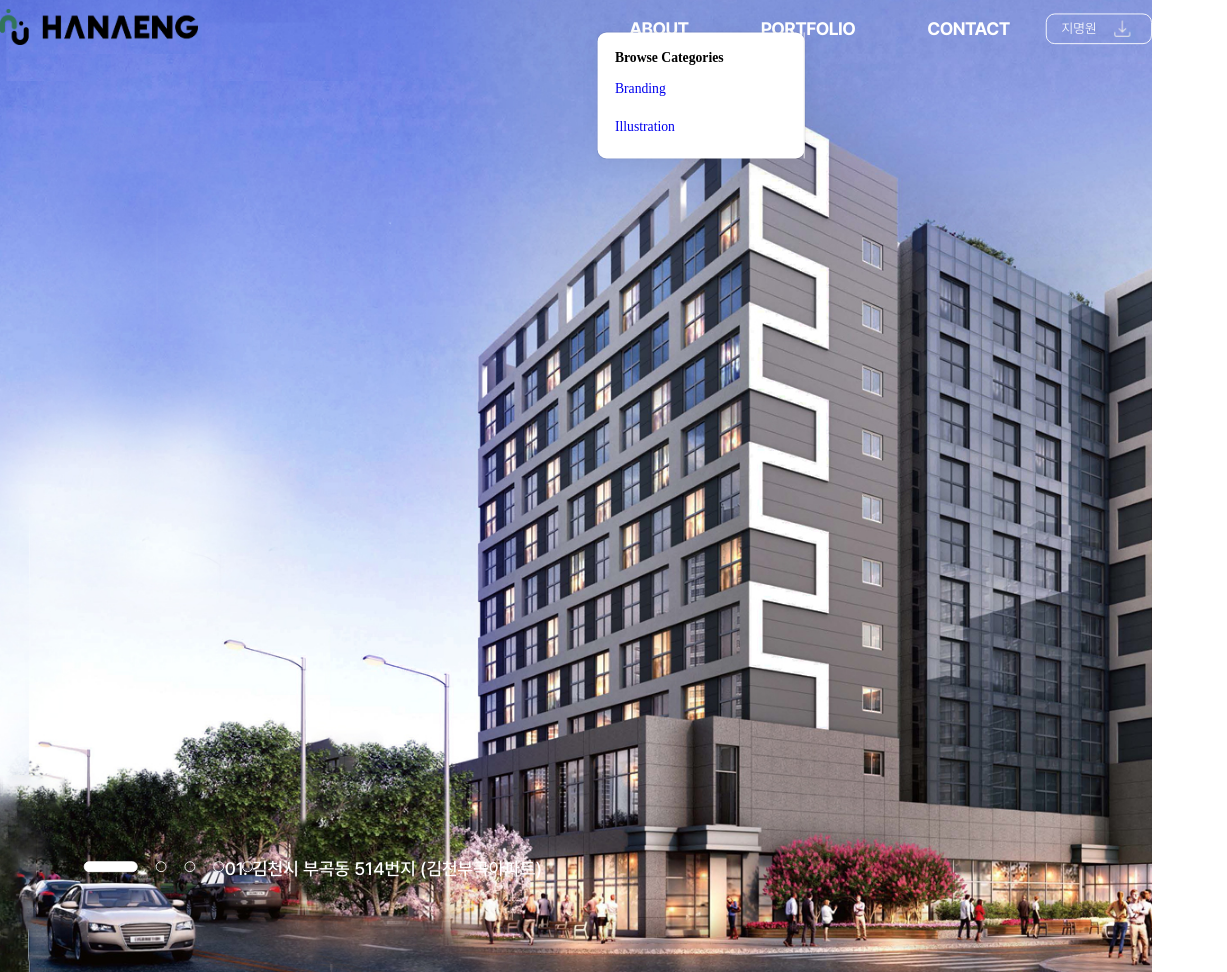
Repository: makeditWeb/hanaenc
Page: main.html
An editor plug-in stored every save of this project. The page is shown before and after the next save, followed by the edit.
The browser window is 1280 px wide. The page is 1363 px wide, so the pictures cover 1363 px, including what lies to the right of the window. The pictures show the whole page, at 90% of full size.
After loading, the first visible `button.nav-link` was clicked once.
Some web libraries are served in a nearby version.

Above is the page before, as saved 2023-07-05 18:36:11.

After the next save:
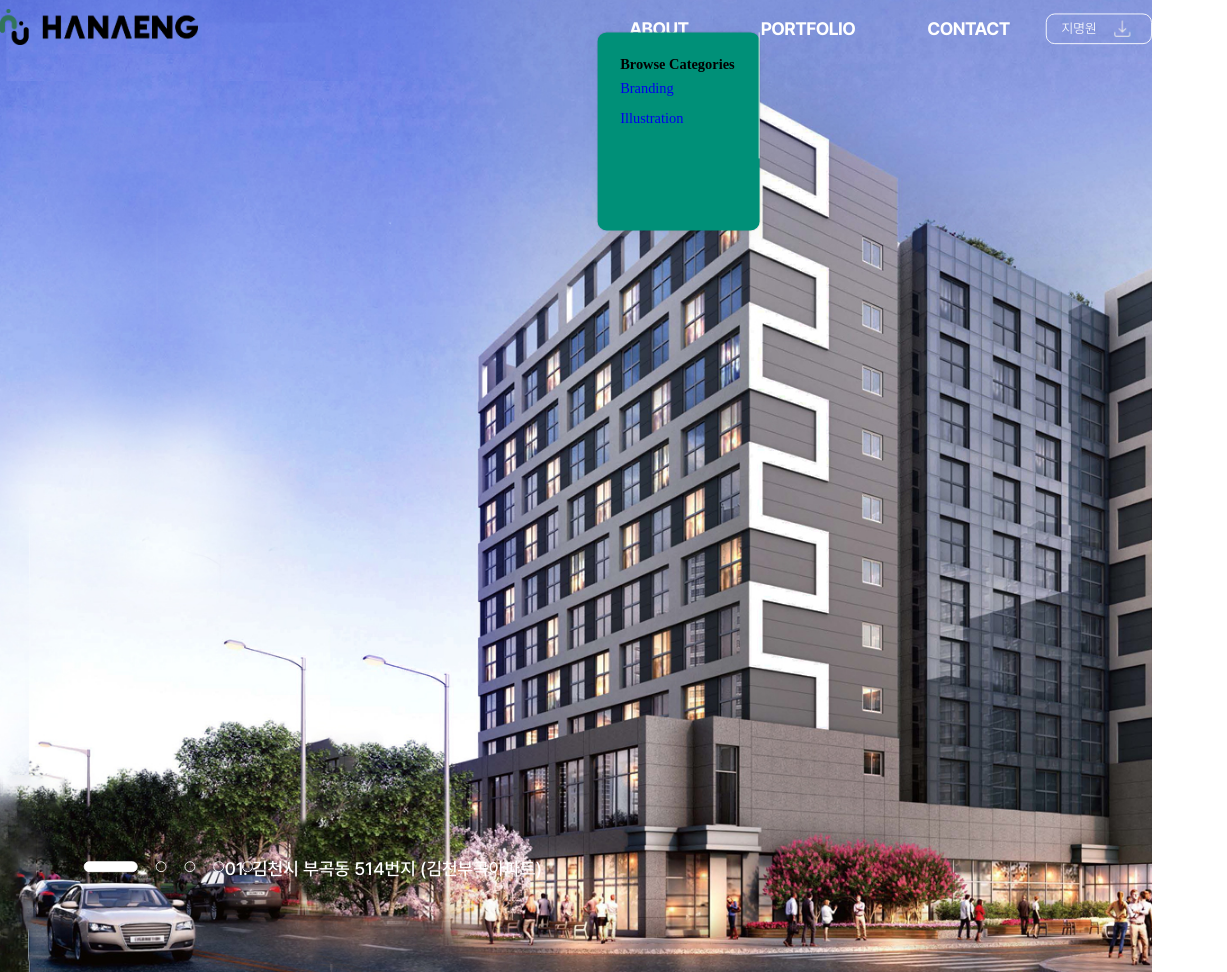
Saved 8 min 24 s later.
--- a/css/style.css
+++ b/css/style.css
@@ -14,6 +14,7 @@
     --border: 1px solid var(--light-grey);
     --shadow: rgba(0, 0, 0, 0.05) 0px 6px 24px 0px,
         rgba(0, 0, 0, 0.08) 0px 0px 0px 1px;
+    --main-color:#009078;
 }
 
 
@@ -199,8 +200,9 @@
 .dropdown {
     display: flex;
     flex-direction: column;
-    min-width: 230px;
-    background-color: var(--white);
+    width: 180px;
+    height: 220px;
+    background-color: var(--main-color);
     border-radius: 10px;
     position: absolute;
     top: 36px;
@@ -221,9 +223,7 @@
 .dropdown ul {
     display: flex;
     flex-direction: column;
-    gap: 0.5rem;
-    padding: 1.2rem;
-    font-size: 0.95rem;
+    padding: 27px 25px;
 }
 
 .dropdown-btn {
@@ -242,8 +242,8 @@
 }
 
 .dropdown-link p {
-    font-size: 0.8rem;
-    color: var(--medium-grey);
+    font-size: 20px;
+    color: color;
 }
 
 .right-container {
